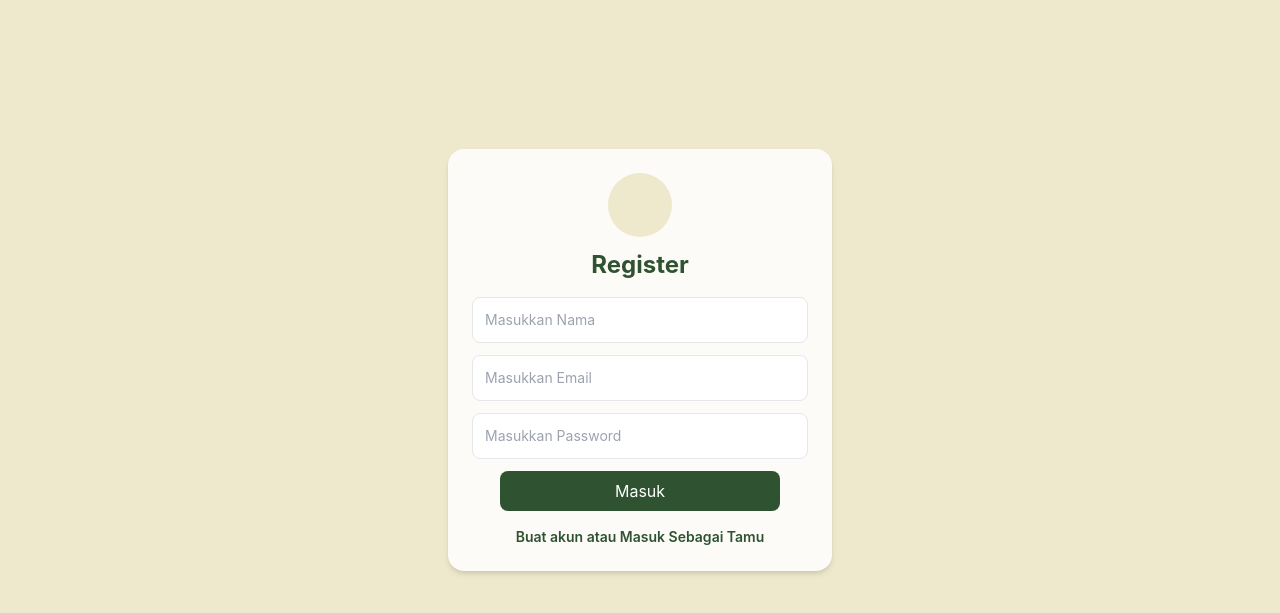
Repository: PajarAland/DiagramCoffee
Page: /register
These files come from the project's save history. The page is drawn as it stood at one moment and after the next save; the edit follows.
The browser window is 1280 px wide. The pictures show the whole page.
The project was rebuilt for these pictures with package versions that can differ from the ones it lists, and the page was loaded fresh each time. Also part of the build but not shown: vite.config.js, src/pages/Landing.jsx, src/pages/Login.jsx.

Above is the page before, as saved 2026-04-25 01:26:25.

### index.html
<!doctype html>
<html lang="en">
  <head>
    <meta charset="UTF-8" />
    <link rel="icon" type="image/svg+xml" href="/favicon.svg" />
    <meta name="viewport" content="width=device-width, initial-scale=1.0" />
    <title>diagramcoffee</title>
  </head>
  <body>
    <div id="root"></div>
    <script type="module" src="/src/main.jsx"></script>
  </body>
</html>

### src/index.css
@tailwind base;
@tailwind components;
@tailwind utilities;

body {
  @apply font-sans;
}

### src/App.jsx
import { BrowserRouter, Routes, Route } from "react-router-dom";
import Landing from "./pages/Landing";
import Login from "./pages/Login";
import Register from "./pages/Register";

function App() {
  return (
    <BrowserRouter>
      <Routes>
        <Route path="/" element={<Landing />} />
        <Route path="/login" element={<Login />} />
        <Route path="/register" element={<Register />} />
      </Routes>
    </BrowserRouter>
  );
}

export default App;

### src/pages/Register.jsx
import { useState } from "react";

function Register() {
    const [email, setEmail] = useState("");
    const [password, setPassword] = useState("");

    const handleRegister = (e) => {
        e.preventDefault();
        console.log({ email, password });
        // nanti connect ke Laravel API di sini
    };

    return (
        <div className="min-h-screen bg-[#EEE8CC] flex items-center justify-center">
        <div className="bg-[#FDFBF8] w-full max-w-sm rounded-2xl p-6 shadow-md text-center">

            {/* Avatar */}
            <div className="w-16 h-16 bg-[#EEE8CC] rounded-full mx-auto mb-3"></div>

            {/* Title */}
            <h2 className="text-[#2F5231] font-bold text-2xl mb-4">
            Register
            </h2>

            {/* Form */}
            <form onSubmit={handleRegister} className="space-y-3">

            <input
                type="text"
                placeholder="Masukkan Nama"
                className="w-full border rounded-lg px-3 py-3 text-sm outline-none"
            />

            <input
                type="email"
                placeholder="Masukkan Email"
                value={email}
                onChange={(e) => setEmail(e.target.value)}
                className="w-full border rounded-lg px-3 py-3 text-sm outline-none"
            />

            <input
                type="password"
                placeholder="Masukkan Password"
                value={password}
                onChange={(e) => setPassword(e.target.value)}
                className="w-full border rounded-lg px-3 py-3 text-sm outline-none"
            />

            {/* Button */}
            <button
                type="submit"
                className="w-10/12 bg-[#2F5231] text-white py-2 rounded-lg mt-2"
            >
                Masuk
            </button>
            </form>

            {/* Footer */}
            {/* <p className="text-xs text-[#2F5231] font-medium mt-4">
            Belum punya akun?
            </p> */}

            <div className="text-sm text-[#2F5231] font-semibold mt-4">
            Buat akun atau Masuk Sebagai Tamu
            </div>
        </div>
        </div>
    );
}

export default Register;

### tailwind.config.js
/** @type {import('tailwindcss').Config} */
export default {
  content: [
    "./index.html",
    "./src/**/*.{js,jsx,ts,tsx}",
  ],
  theme: {
    fontFamily: {
      sans: ["Inter", "ui-sans-serif", "system-ui"],
    },
    extend: {},
  },
  plugins: [],
}

Loaded but not shown: src/main.jsx (common file)

After the next save:
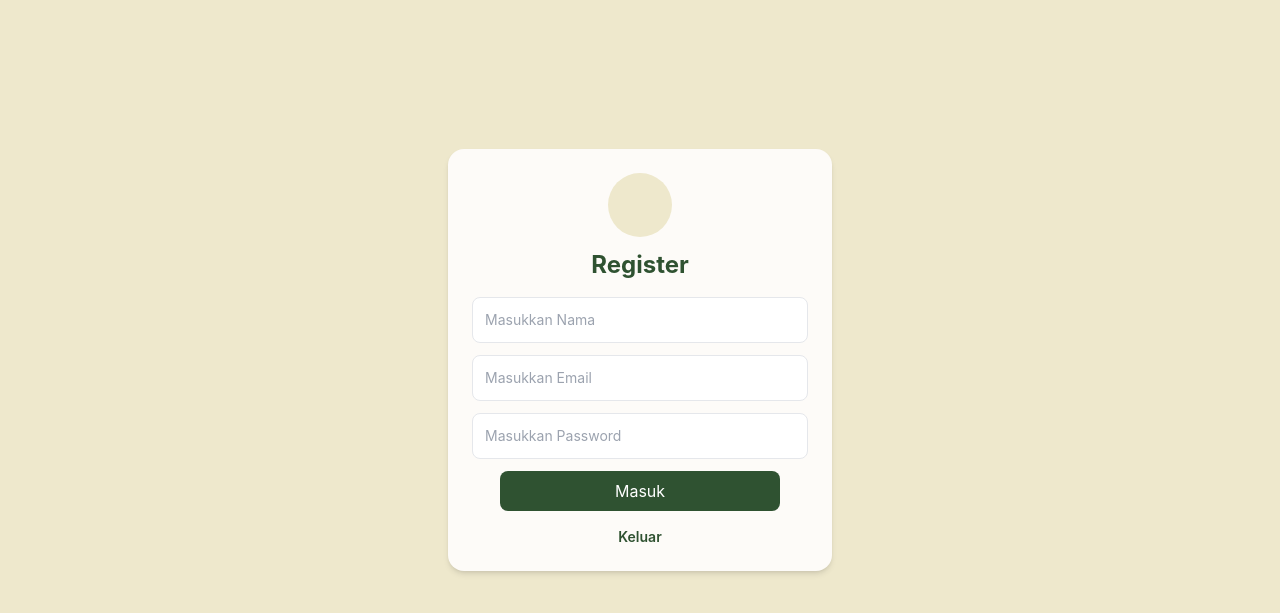
Saved 13 s later.
--- a/src/pages/Register.jsx
+++ b/src/pages/Register.jsx
@@ -62,7 +62,7 @@ function Register() {
             </p> */}
 
             <div className="text-sm text-[#2F5231] font-semibold mt-4">
-            Buat akun atau Masuk Sebagai Tamu
+            Keluar
             </div>
         </div>
         </div>
